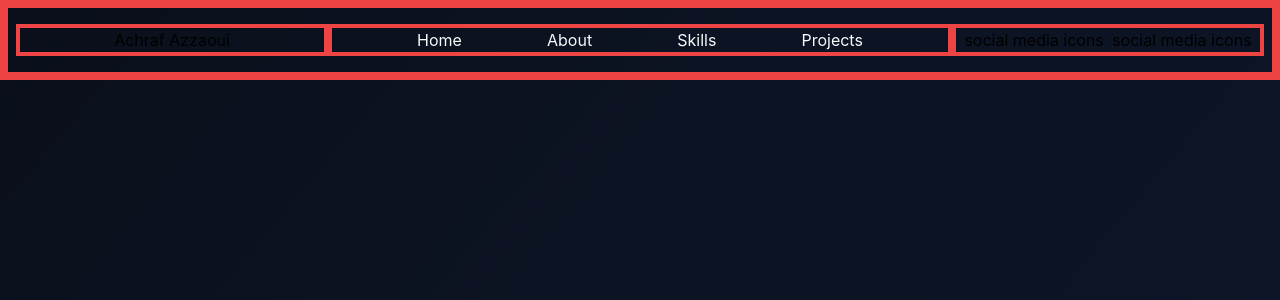
Repository: AchrafAzzaoui/Portfolio-Website
Page: / (app in achrafs-portfolio/)
An editor plug-in stored every save of this project. The page is shown before and after the next save, followed by the edit.
The browser window is 1280 px wide. The pictures show the whole page.
Some web fonts or font styles are not loaded; a fallback is used. The project was rebuilt for these pictures with package versions that can differ from the ones it lists, and the page was loaded fresh each time. Also part of the build but not shown: achrafs-portfolio/vite.config.ts.

Above is the page before, as saved 2025-01-02 21:30:36.

### achrafs-portfolio/index.html
<!DOCTYPE html>
<html lang="en">
  <head>
    <meta charset="UTF-8" />
    <link rel="icon" type="image/svg+xml" href="/vite.svg" />
    <meta name="viewport" content="width=device-width, initial-scale=1.0" />
    <!-- Inter for body text -->
    <link rel="preconnect" href="https://rsms.me/" />
    <link rel="stylesheet" href="https://rsms.me/inter/inter.css" />

    <!-- Space Grotesk for headlines -->
    <link rel="preconnect" href="https://fonts.googleapis.com" />
    <link rel="preconnect" href="https://fonts.gstatic.com" crossorigin />
    <link
      href="https://fonts.googleapis.com/css2?family=Space+Grotesk:wght@500;600;700&display=swap"
      rel="stylesheet"
    />
    <title>Achraf's Portfolio Website</title>
  </head>
  <body>
    <div id="root"></div>
    <script type="module" src="/src/main.tsx"></script>
  </body>
</html>

### achrafs-portfolio/src/index.css
@tailwind base;
@tailwind components;
@tailwind utilities;
@tailwind base;
@tailwind components;
@tailwind utilities;

@layer base {
  * {
    margin: 0;
    padding: 0;
    box-sizing: border-box;
  }

  html {
    scroll-behavior: smooth;
  }

  body {
    @apply font-sans antialiased;
  }

  ul,
  ol {
    list-style: none;
  }

  a {
    text-decoration: none;
    color: inherit;
  }

  img {
    max-width: 100%;
    height: auto;
  }

  button {
    background: none;
    border: none;
    cursor: pointer;
  }
}

### achrafs-portfolio/src/App.tsx
import "./index.css";
import Header from "./components/layout/Header.tsx";
export default function App() {
  return (
    <div className="min-h-screen bg-gradient-dark">
      <Header />
    </div>
  );
}

### achrafs-portfolio/src/components/layout/Header.tsx
import { useState } from "react";

export default function Header() {
  const [isMenuOpen, setIsMenuOpen] = useState(false);

  return (
    <header className="px-2 py-4 border-8 border-red-500">
      <nav className="flex ">
        <div className="basis-1/4 flex-auto flex justify-center align-middle border-4 border-red-500">
          <h2>Achraf Azzaoui</h2>
        </div>
        <div className="basis-2/4 flex-auto flex justify-evenly align-middle border-4 border-red-500">
          <a
            href="#home"
            className="font-sans font-semi-bold text-dark-text-primary"
          >
            Home
          </a>
          <a
            href="#about"
            className="font-sans font-semi-bold text-dark-text-primary"
          >
            About
          </a>
          <a
            href="#skills"
            className="font-sans font-semi-bold text-dark-text-primary"
          >
            Skills
          </a>
          <a
            href="#projects"
            className="font-sans font-semi-bold text-dark-text-primary"
          >
            Projects
          </a>
        </div>
        <div className="basis-1/4 flex-auto flex justify-evenly align-middle border-4 border-red-500">
          <h1>social media icons</h1>
          <h1>social media icons</h1>
        </div>
      </nav>
    </header>
  );
}

### achrafs-portfolio/tailwind.config.js
/** @type {import('tailwindcss').Config} */
const defaultTheme = require("tailwindcss/defaultTheme");

export default {
  content: ["./index.html", "./src/**/*.{js,ts,jsx,tsx}"],
  theme: {
    extend: {
      backgroundImage: {
        "gradient-dark":
          "linear-gradient(130deg, #0A0F1A 0%, #0C1322 40%, #0E1628 100%)",
        "gradient-light":
          "linear-gradient(130deg, #F8FAFC 0%, #EEF2F6 40%, #E2E8F0 100%)", // Light theme gradient
      },
      colors: {
        // Dark theme
        dark: {
          text: {
            primary: "#F8FAFC", // Almost white
            secondary: "#94A3B8", // Lighter gray
            muted: "#64748B", // Muted gray
          },
        },
        // Light theme
        light: {
          text: {
            primary: "#0F172A", // Very dark blue/gray
            secondary: "#334155", // Dark gray
            muted: "#64748B", // Same as dark for balance
          },
        },
      },
      fontFamily: {
        sans: ["Inter", ...defaultTheme.fontFamily.sans],
        display: ["Space Grotesk", ...defaultTheme.fontFamily.sans],
      },
    },
  },
  plugins: [],
};

Loaded but not shown: achrafs-portfolio/src/main.tsx (common file)

After the next save:
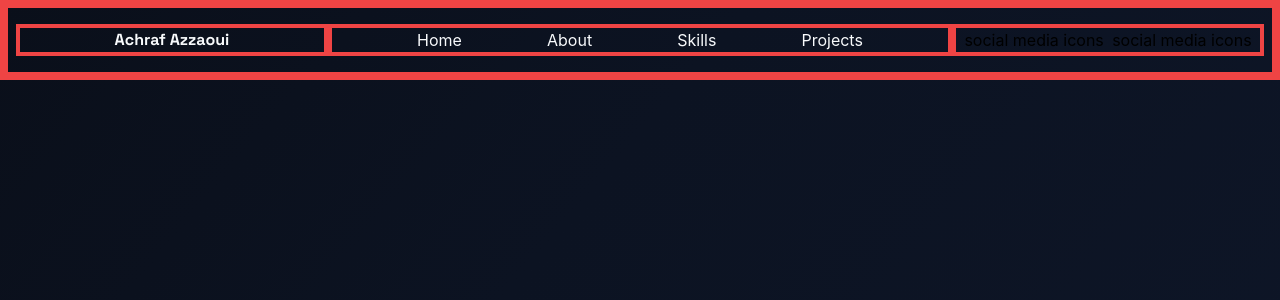
Saved 36 s later.
--- a/achrafs-portfolio/src/components/layout/Header.tsx
+++ b/achrafs-portfolio/src/components/layout/Header.tsx
@@ -6,7 +6,7 @@ export default function Header() {
   return (
     <header className="px-2 py-4 border-8 border-red-500">
       <nav className="flex ">
-        <div className="basis-1/4 flex-auto flex justify-center align-middle border-4 border-red-500">
+        <div className="basis-1/4 flex-auto flex justify-center align-middle font-display font-bold text-dark-text-primary border-4 border-red-500">
           <h2>Achraf Azzaoui</h2>
         </div>
         <div className="basis-2/4 flex-auto flex justify-evenly align-middle border-4 border-red-500">
